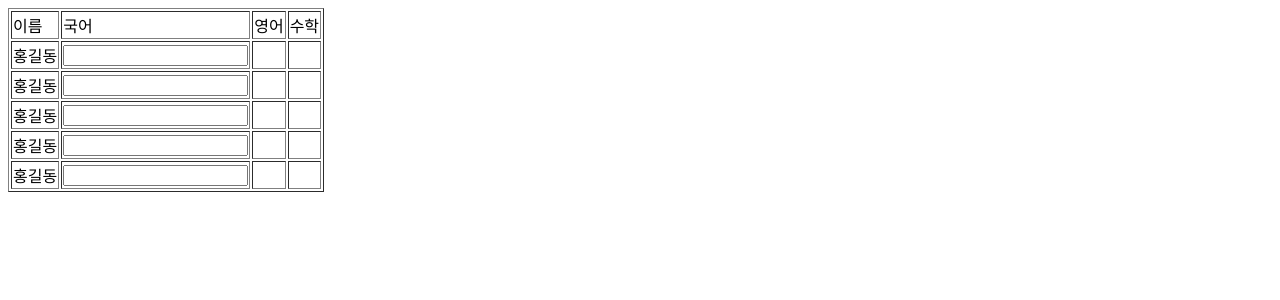
Repository: pshho/newJspProject
Page: http://localhost/JspProj/calc/student.jsp
The author's editor kept a copy of each file at every save. The page is drawn from the files as they stood at one save, then again after the next save.
The browser window is 1280 px wide. The pictures show the whole page.
The page is served by Tomcat 9.

Above is the page before, as saved 2023-07-27 08:09:48.

After the next save:
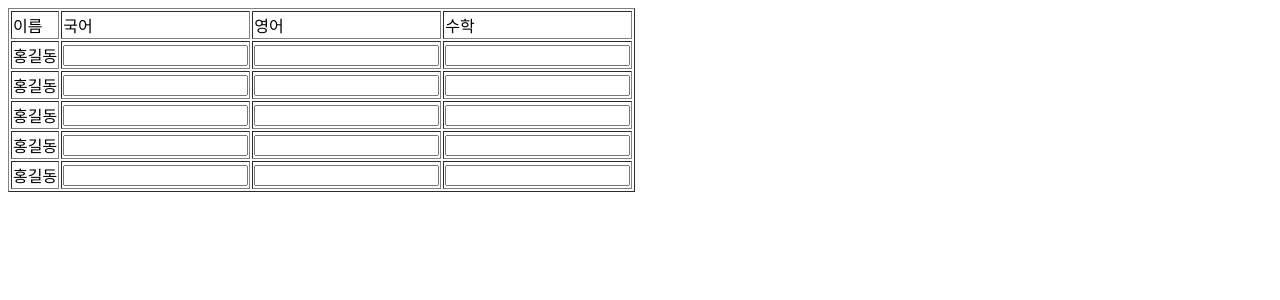
Saved 12 s later.
--- a/JspProj/src/main/webapp/calc/student.jsp
+++ b/JspProj/src/main/webapp/calc/student.jsp
@@ -19,8 +19,8 @@
 			<tr>
 				<td>홍길동</td>
 				<td><input type="text" name="kor" /></td>
-				<td></td>
-				<td></td>
+				<td><input type="text" name="eng" /></td>
+				<td><input type="text" name="math" /></td>
 			</tr>
 			<% } %>
 		</table>
